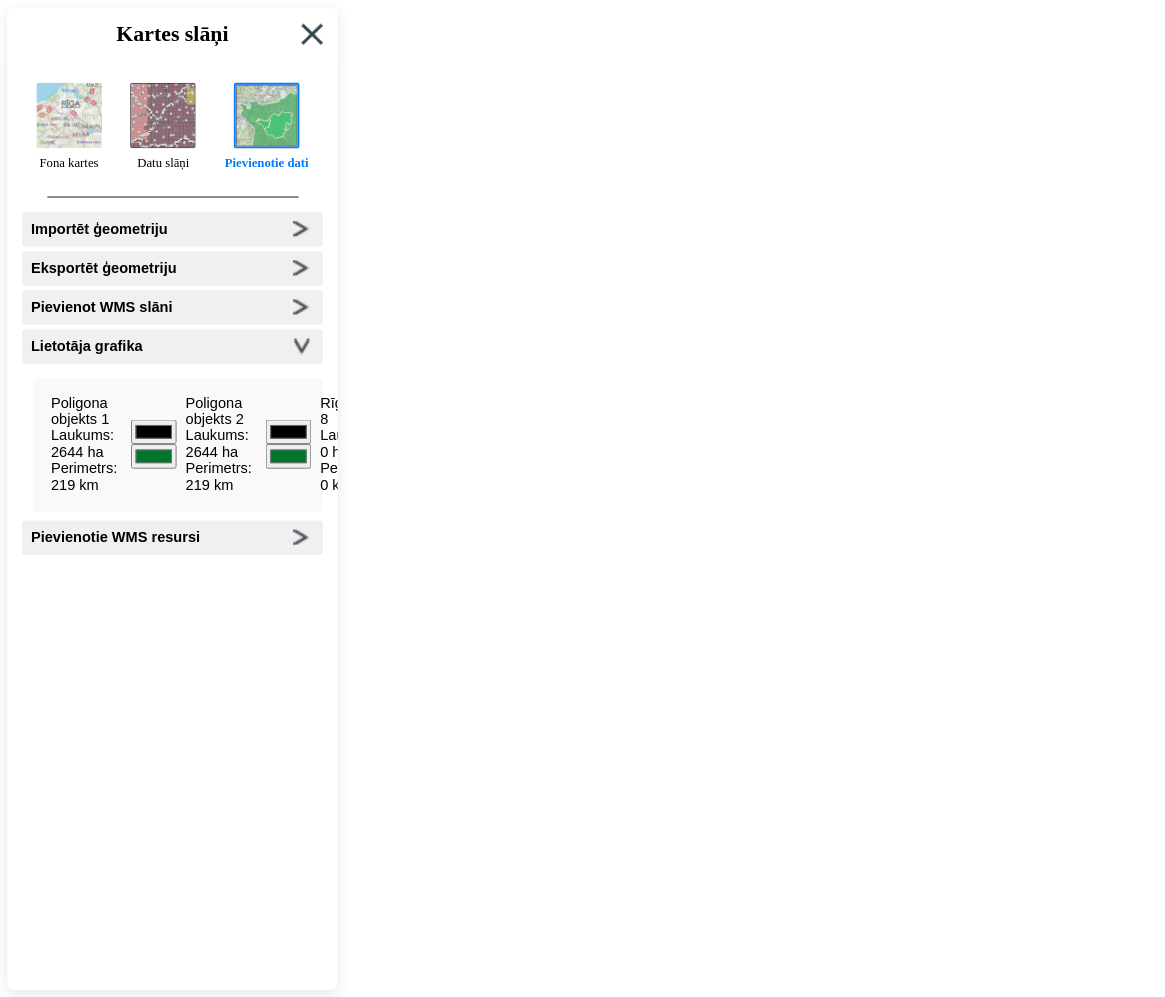
Repository: Kringelis/KP_kar-usl-i
Page: /, after clicking the first element matching `div.sidebar-tabs > :nth-child(3)`
These files come from the project's save history. The page is drawn as it stood at one moment and after the next save; the edit follows.
The browser window is 1280 px wide. The pictures show the whole page, at 91% of full size.
The project was rebuilt for these pictures with package versions that can differ from the ones it lists, and the page was loaded fresh each time. Also part of the build but not shown: src/components/FonaKartes.scss, src/components/DatuSlani.jsx, src/App.scss.

Above is the page before, as saved 2024-06-17 08:48:22.

After the next save:
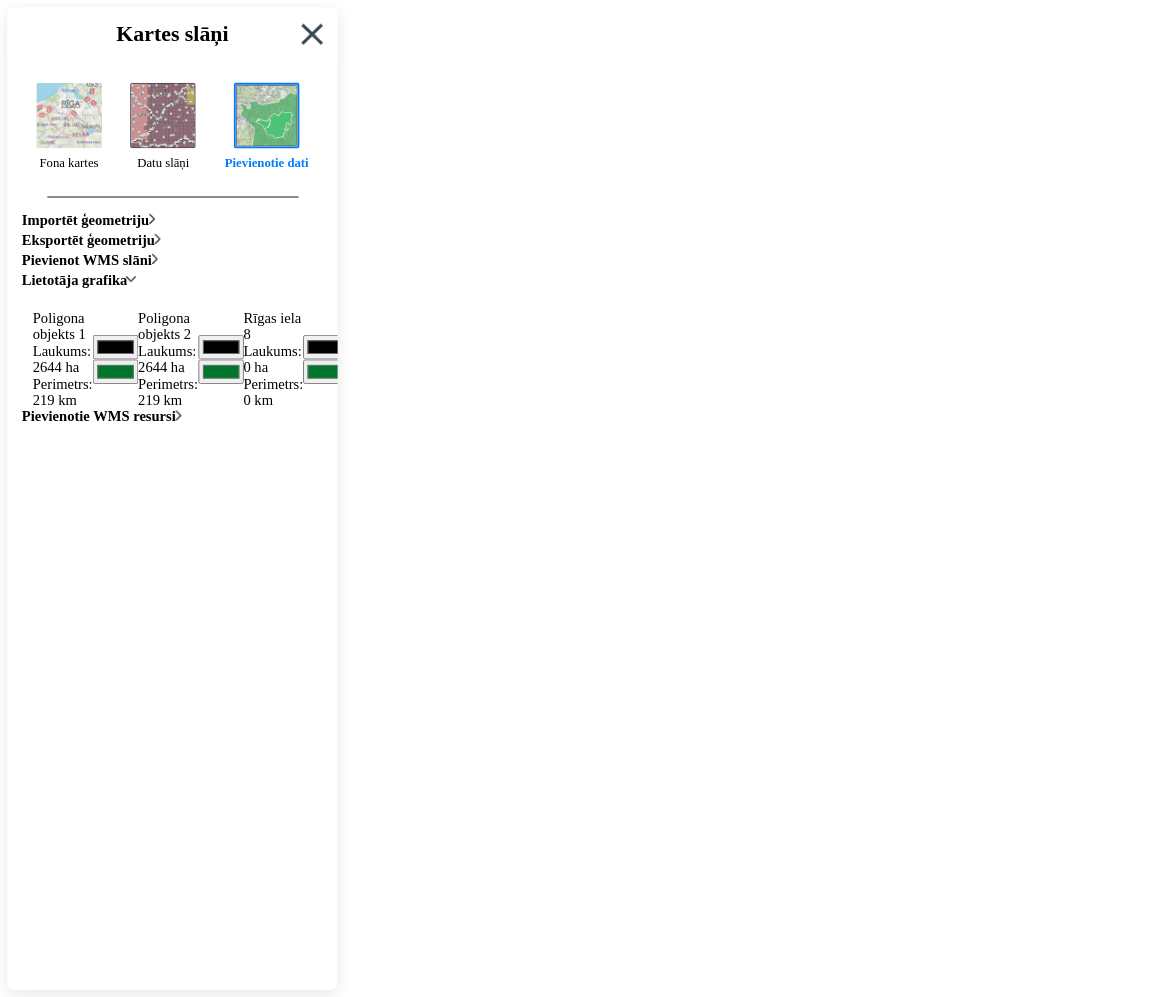
Saved 49 s later.
--- a/src/components/PievienotieDati.scss
+++ b/src/components/PievienotieDati.scss
@@ -1,6 +1,4 @@
-.datu-slani {
-  font-family: Arial, sans-serif;
-
+.pievienotie-dati {
   .section-title {
     display: flex;
     justify-content: space-between;
@@ -8,22 +6,25 @@
     font-size: 16px;
     font-weight: bold;
     cursor: pointer;
-    padding: 10px;
-    background: #f0f0f0;
-    margin-bottom: 5px;
-    border-radius: 4px;
+    padding: 10px 0;
+    margin-bottom: 4px;
+    border-bottom: 1px solid #ccc;
+
+    .accordion-icon {
+      transition: transform 0.3s ease;
+      margin-right: 5px;
+    }
+
+    .accordion-icon.open {
+      transform: rotate(90deg);
+    }
   }
 
   .sub-section {
-    padding: 10px 20px;
-    background: #f9f9f9;
-    border-radius: 4px;
-    margin-bottom: 10px;
-  }
-
-  .sub-sub-section {
-    margin-top: 10px;
-    margin-left: 20px;
+    padding-left: 20px;
+    margin-top: 16px;
+    display: flex;
+    flex-direction: column;
   }
 
   .sub-title {
@@ -32,48 +33,66 @@
     align-items: center;
     font-size: 14px;
     font-weight: bold;
+    margin-bottom: 8px;
     cursor: pointer;
-    padding: 5px;
-    background: #e0e0e0;
-    border-radius: 4px;
-    margin-bottom: 5px;
+
+    .accordion-icon {
+      transition: transform 0.3s ease;
+      margin-right: 5px;
+    }
+
+    .accordion-icon.open {
+      transform: rotate(90deg);
+    }
   }
 
   .toggle-item {
     display: flex;
     justify-content: space-between;
     align-items: center;
-    margin-bottom: 10px;
-  }
+    margin-top: 8px;
 
-  .info {
-    display: flex;
-    flex-direction: column;
-    margin-right: 10px;
-  }
+    .item-info {
+      flex: 1;
+    }
 
-  .icons {
-    display: flex;
-    flex-direction: column;
-  }
+    .info {
+      font-size: 12px;
+      color: gray;
+    }
 
-  label {
-    display: flex;
-    align-items: center;
-    font-size: 14px;
-    margin-right: 10px;
-  }
+    .icons {
+      display: flex;
+      align-items: center;
 
-  input[type="color"] {
-    margin-left: 5px;
+      label {
+        display: flex;
+        align-items: center;
+        margin-right: 10px;
+        position: relative;
+
+        input[type="color"] {
+          visibility: hidden;
+          position: absolute;
+        }
+
+        .color-block {
+          width: 20px;
+          height: 20px;
+          border: 1px solid #ccc;
+          cursor: pointer;
+        }
+      }
+    }
   }
 
   .toggle-switch {
     position: relative;
     display: inline-block;
-    width: 34px;
-    height: 14px;
-    margin-left: auto;
+    width: 20px;
+    height: 10px;
+    margin-left: 8px;
+    vertical-align: middle;
 
     input {
       opacity: 0;
@@ -88,39 +107,34 @@
       left: 0;
       right: 0;
       bottom: 0;
-      background-color: #ccc;
+      background-color: white;
       transition: 0.4s;
       border-radius: 34px;
+      border: 1px solid black;
 
       &:before {
+        content: "";
         position: absolute;
-        content: "";
-        height: 12px;
-        width: 12px;
-        left: 2px;
-        bottom: 1px;
-        background-color: white;
+        height: 6px;
+        width: 6px;
+        background-color: black;
         transition: 0.4s;
         border-radius: 50%;
+        left: 1px;
+        bottom: 1px;
+        right: 100%;
+        margin: auto;
       }
     }
 
     input:checked + .slider {
-      background-color: #00762c;
+      background-color: #007bff;
+      border-color: transparent;
     }
 
     input:checked + .slider:before {
-      transform: translateX(16px);
+      transform: translateX(10px);
+      background-color: white;
     }
   }
-
-  .accordion-icon {
-    transition: transform 0.3s ease;
-    width: 18px;
-    height: 18px;
-  }
-
-  .accordion-icon.open {
-    transform: rotate(90deg);
-  }
 }
